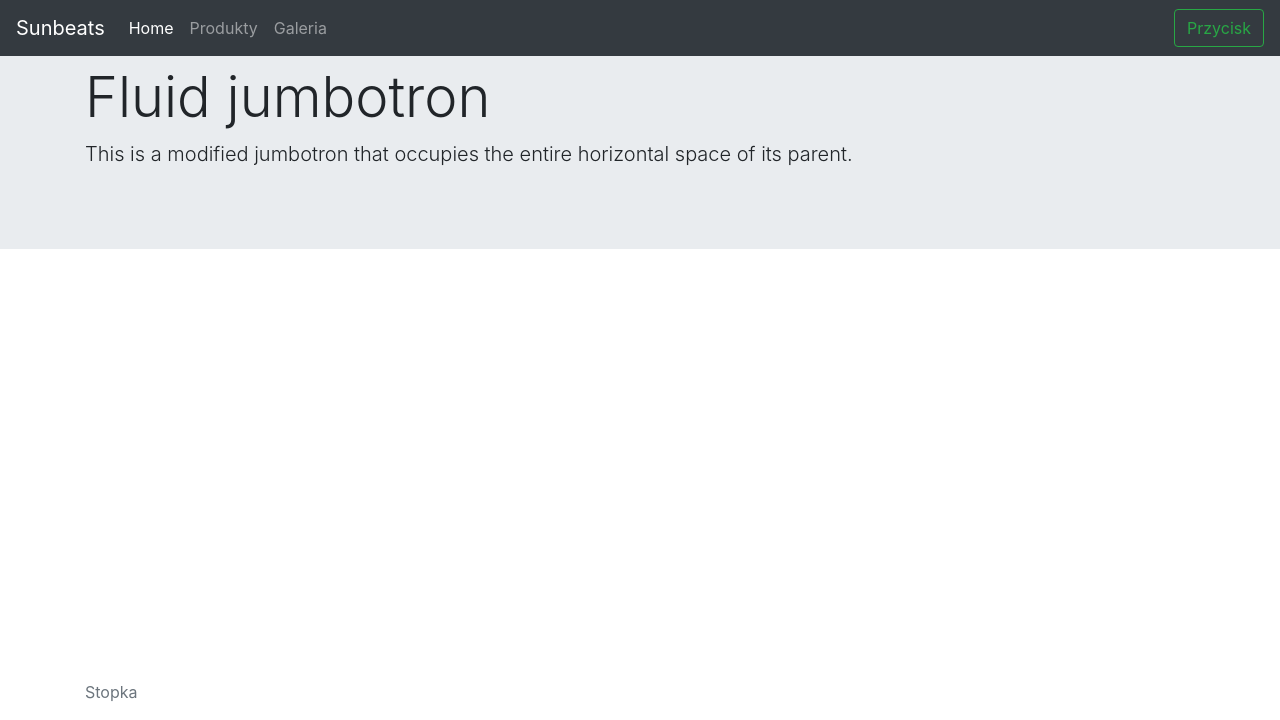
Repository: Audio-site/sunbeats
Page: index.html
An editor plug-in stored every save of this project. The page is shown before and after the next save, followed by the edit.
The browser window is 1280 px wide. The pictures show the whole page.

Above is the page before, as saved 2020-08-25 00:25:45.

After the next save:
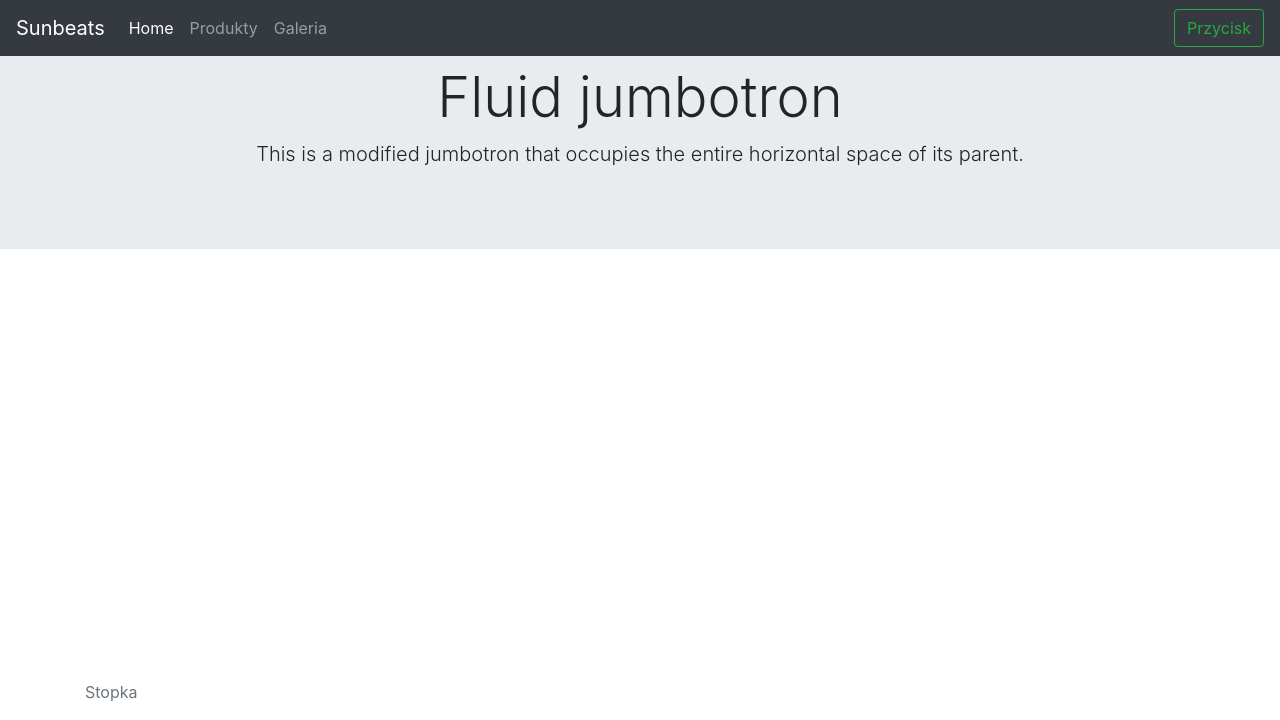
Saved 85 s later.
--- a/index.html
+++ b/index.html
@@ -41,7 +41,7 @@
 
 <!-- Begin page content -->
 
-<div class="jumbotron jumbotron-fluid">
+<div class="jumbotron jumbotron-fluid text-center">
   <div class="container">
     <h1 class="display-4">Fluid jumbotron</h1>
     <p class="lead">This is a modified jumbotron that occupies the entire horizontal space of its parent.</p>
